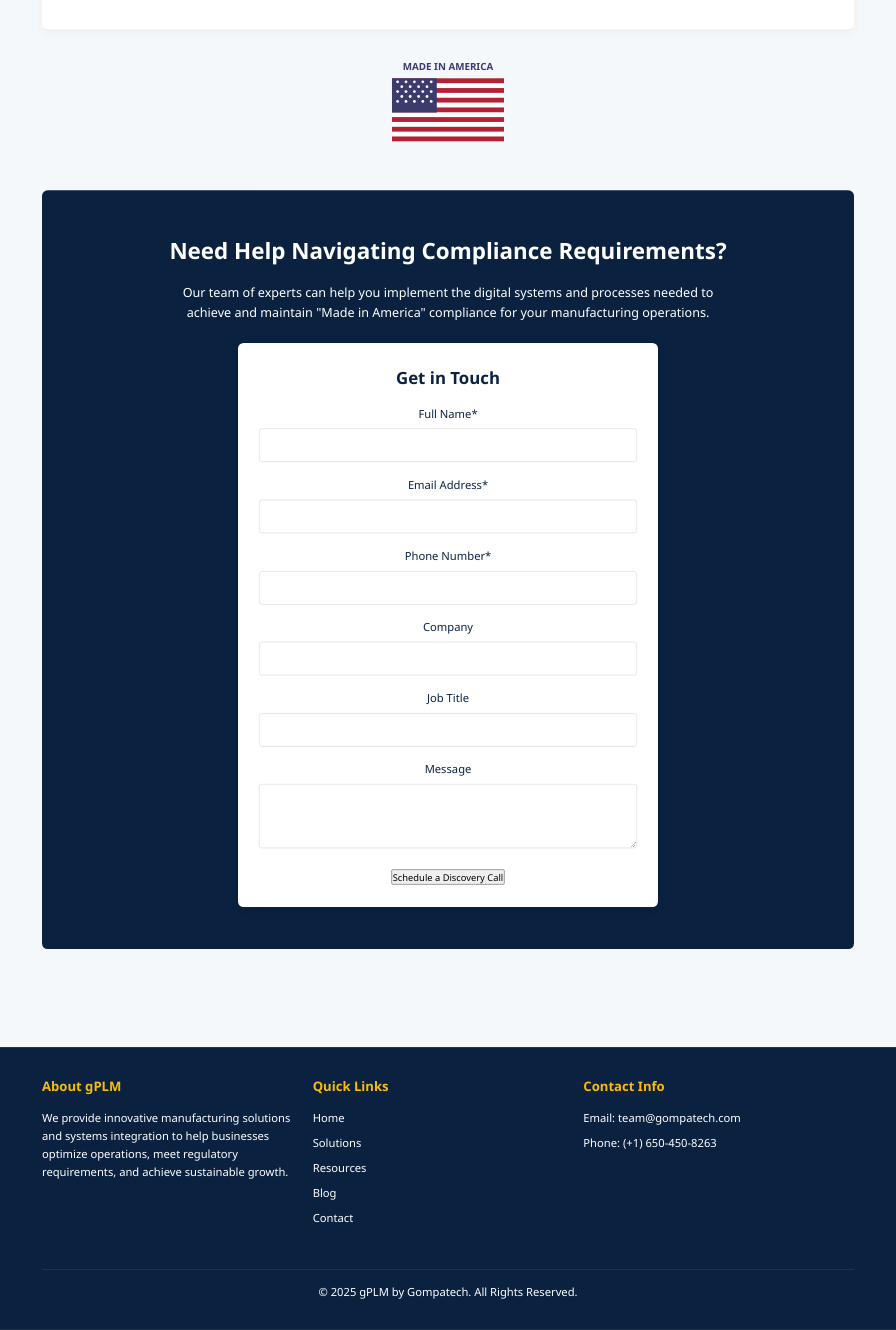
Repository: gompaBlogs/website
Page: mia.html
The author's editor kept a copy of each file at every save. The page is drawn from the files as they stood at one save, then again after the next save.
The browser window is 1280 px wide. The pictures show the part of the page from y = 2507 to 4427 px (the page is 4407 px tall before and 4427 px after), at 70% of full size.

Above is the page before, as saved 2025-04-30 15:48:57.

After the next save:
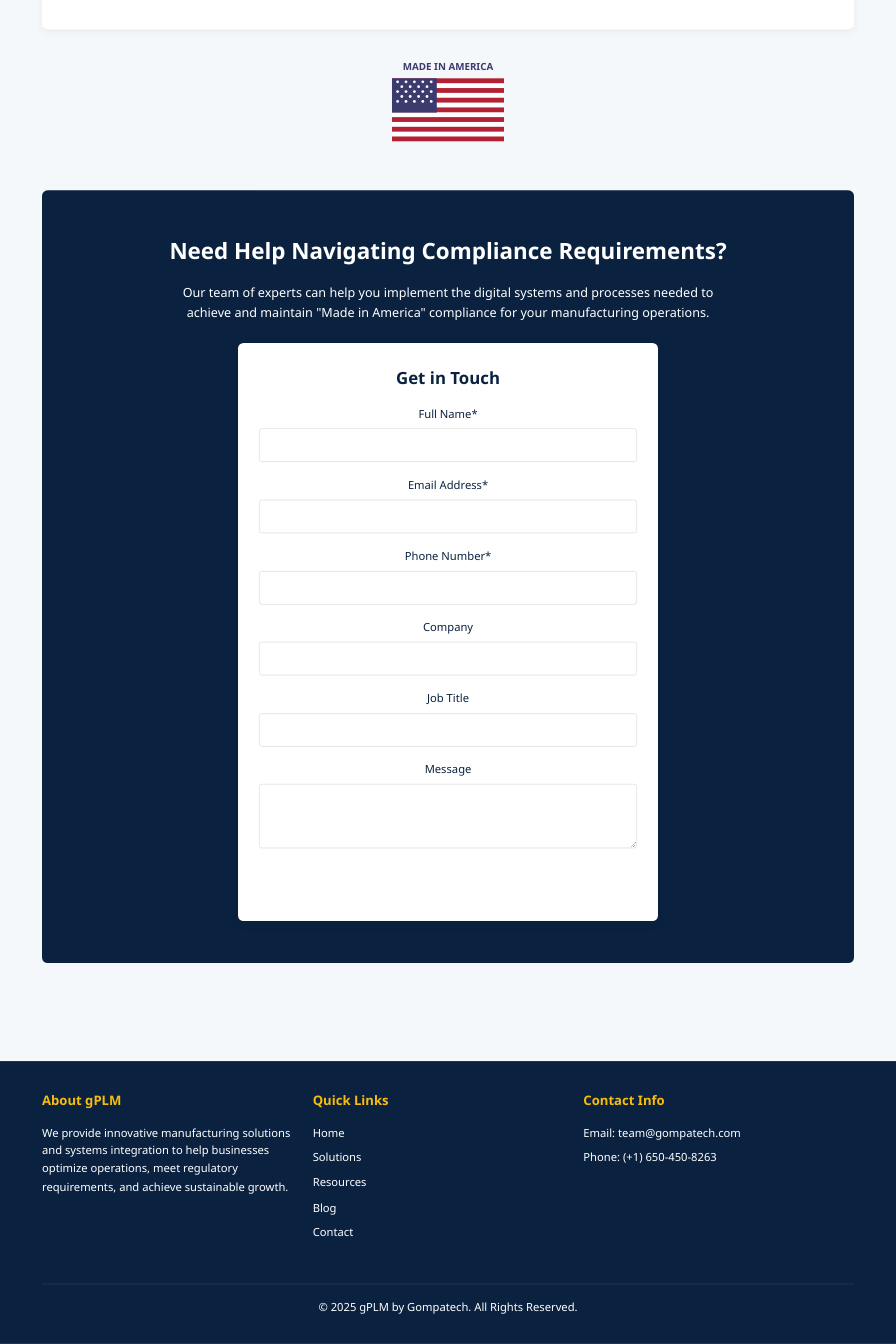
Saved 3 min 41 s later.
--- a/mia.html
+++ b/mia.html
@@ -227,6 +227,23 @@
             border: 1px solid #ddd;
             border-radius: 4px;
             font-size: 16px;
+        }
+
+        .submit-button {
+            background-color: var(--accent-green);
+            color: var(--white);
+            border: none;
+            padding: 12px 30px;
+            border-radius: 4px;
+            font-size: 16px;
+            font-weight: 600;
+            cursor: pointer;
+            transition: all 0.3s ease;
+            width: 100%;
+        }
+
+        .submit-button:hover {
+            background-color: var(--dark-green);
         }
 
         .btn {
